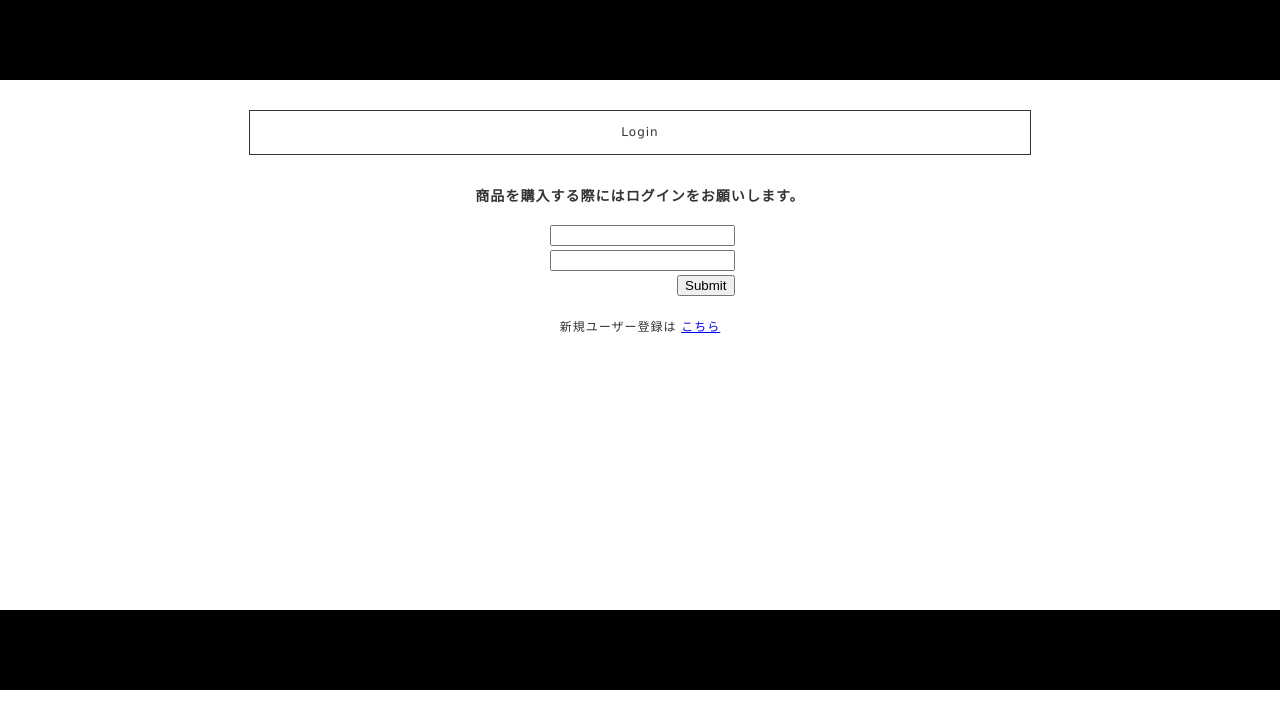
Repository: ichiharashu/test2
Page: http://localhost/template/HomeAction.action
These files come from the project's save history. The page is drawn as it stood at one moment and after the next save; the edit follows.
The browser window is 1280 px wide. The pictures show the whole page.
The page is served by Tomcat 9. Other server files are loaded and not shown.

Above is the page before, as saved 2018-12-19 11:18:45.

### template/WebContent/login.jsp
<%@ page language="java" contentType="text/html; charset=UTF-8"
    pageEncoding="UTF-8"%>
    <%@ taglib prefix="s" uri="/struts-tags"%>
<!DOCTYPE html PUBLIC "-//W3C//DTD HTML 4.01 Transitional//EN" "http://www.w3.org/TR/html4/loose.dtd">
<html>
<head>
<meta http-equiv="Content-Type" content="text/html; charset=UTF-8"/>
<meta http-equiv="Content-Type" content="text/css"/>
<meta http-equiv="Content-Script-Type" content="text/javascript"/>
<meta http-equiv="imagetoolbar" content="no"/>
<meta name="descripton"content=""/>
<meta name="keywords" content=""/>

<title>Login画面</title>

<style type="text/css">
/*=============TAG LAYOUT============*/
body{
margin:0;
padding:0;
line-height:1.6;
letter-spacing:1px;
font-family:Verdana,Helvetica,sans-serif;
font-size:12px;
color:#333;
background:#fff;
}

table{
text-align:center;
margin:0 auto;
}

/*=============ID LAYOUT============*/
#top{
width:780px;
margin:30px auto;
border:1px solid #333;
}

#header{
width:100%;
height:80px;
background-color:black;
}

#main{
width:100%;
height:500px;
text-align:center;
}

#footer{
width:100%;
height:80px;
background-color:black;
clear:both;
}

</style>

</head>
<body>

<div id="header">
<div id="pr">
</div>
</div>

<div id="main">
<div id="top">
<p>Login</p>
</div>

<div>
<h3>商品を購入する際にはログインをお願いします。</h3>
<s:form action="LoginAction">
<s:textfield name="loginUserId"/>
<s:password name="loginPassword"/>
<s:submit vaue="ログイン"/>
</s:form>
<br/>

<div>
<span>新規ユーザー登録は
<a href='<s:url action="UserCreateAction"/>'>こちら</a>
</span>

</div>

</div>

</div>

<div id="footer">
<div id="pr">
</div>
</div>

</body>
</html>

After the next save:
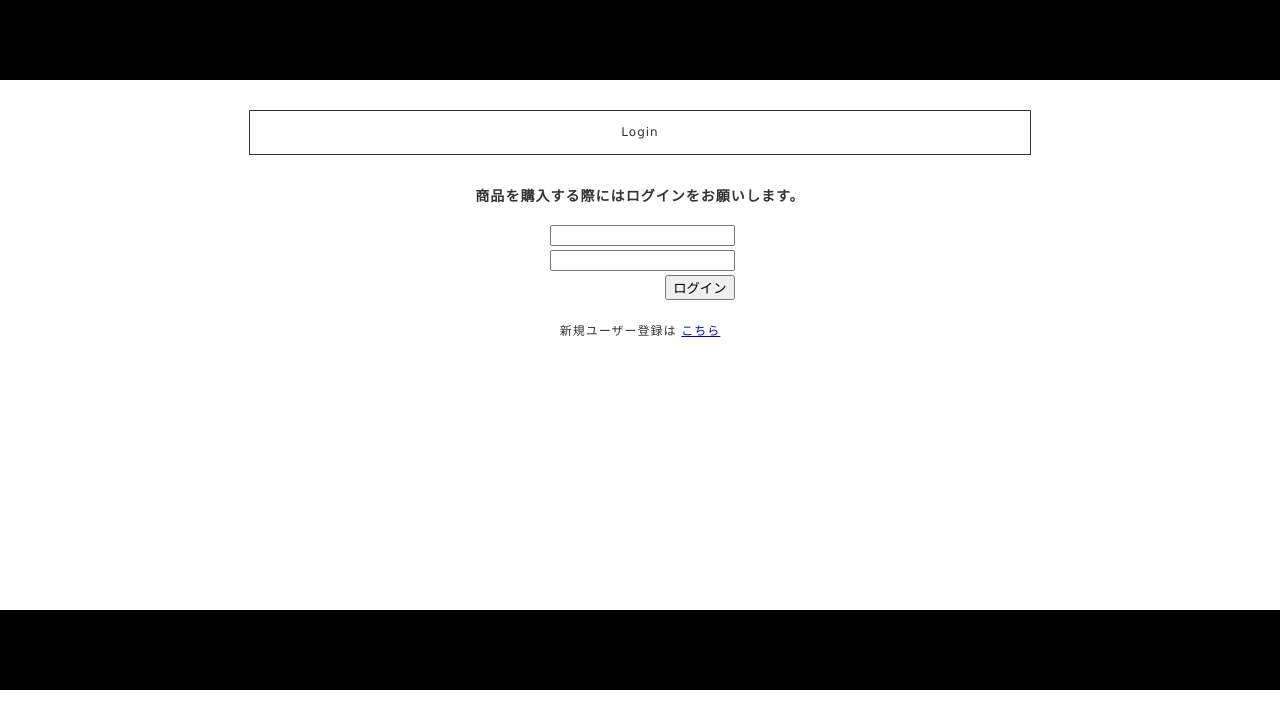
Saved 5 min 4 s later.
--- a/template/WebContent/login.jsp
+++ b/template/WebContent/login.jsp
@@ -77,7 +77,7 @@
 <s:form action="LoginAction">
 <s:textfield name="loginUserId"/>
 <s:password name="loginPassword"/>
-<s:submit vaue="ログイン"/>
+<s:submit value="ログイン"/>
 </s:form>
 <br/>
 
